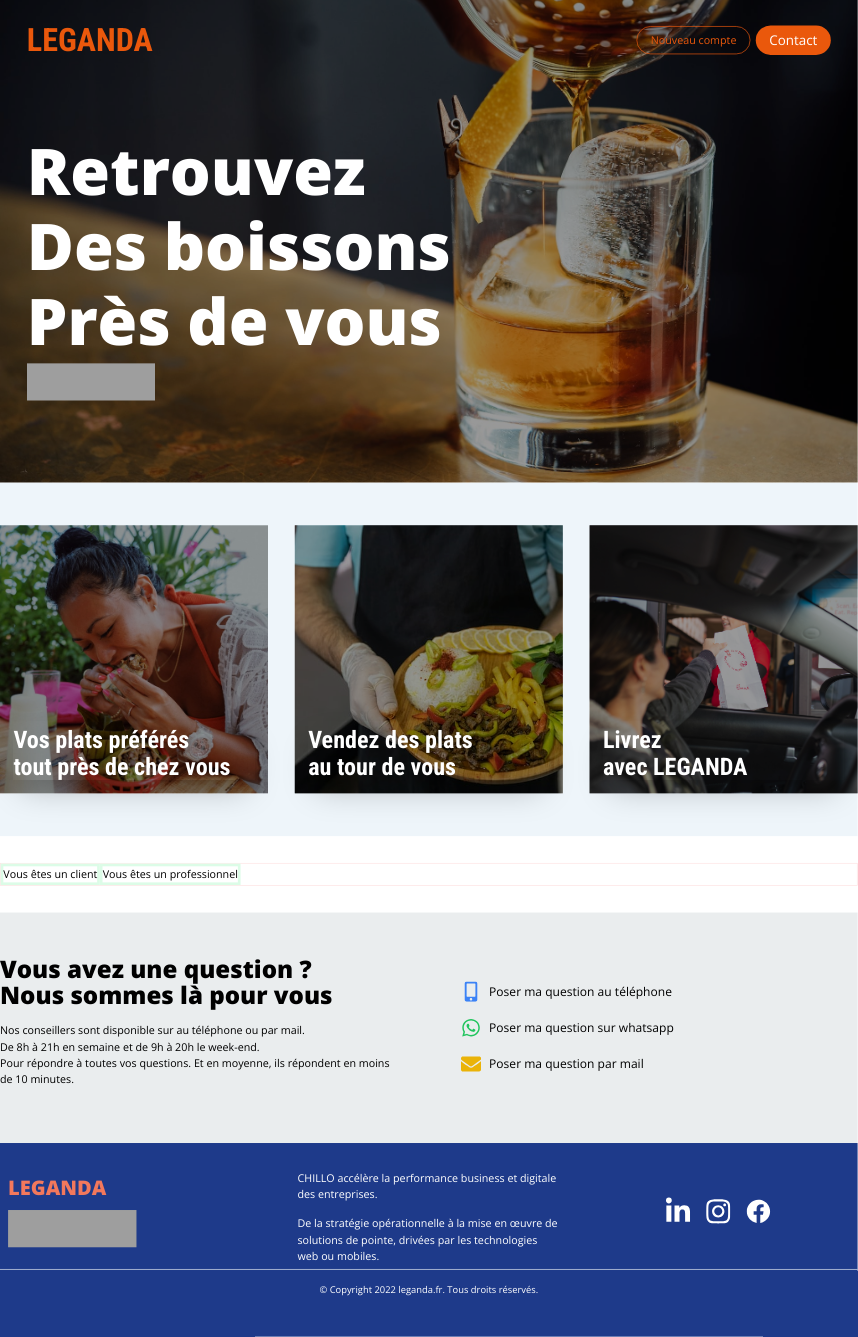
Repository: chillo-tech/website-leganda
Page: /
An editor plug-in stored every save of this project. The page is shown before and after the next save, followed by the edit.
The browser window is 1280 px wide. The pictures show the whole page, at 67% of full size.
Pictures or frames that could not be fetched are drawn as grey boxes. The project was rebuilt for these pictures with package versions that can differ from the ones it lists, and the page was loaded fresh each time. Some packages were replaced by stand-ins written for this rebuild. The framework's server and built-in components were replaced by stand-ins that run in the browser. Also part of the build but not shown: next.config.js, components/header/items/SearchBar.tsx.

Above is the page before, as saved 2023-02-09 11:21:02.

### pages/_document.tsx
import { Html, Head, Main, NextScript } from 'next/document'
import Footer from '../components/footer/Footer';

export default function Document() {
	return (
		<Html className="scroll-smooth">
			<Head>
        <link rel="preconnect" href="https://fonts.googleapis.com"/>
        <link rel="preconnect" href="https://fonts.gstatic.com"/>
        <link href="https://fonts.googleapis.com/css2?family=Open+Sans:ital,wght@0,300;0,800;1,800&family=Roboto&family=Roboto+Condensed:wght@700&display=swap" rel="stylesheet"/>
        <link rel="icon" href="/favicon.ico" />
			</Head>
			<body className='flex flex-col h-screen justify-between'>
				<Main />
				<NextScript />
				<Footer />
        <script defer type="text/javascript" src="https://maps.googleapis.com/maps/api/js?key=AIzaSyBoBBvzxlRlkbfYzZcHp8ALOwBk3YjfB-I&libraries=places" />
			</body>
		</Html>
	)
}

### styles/globals.css
@tailwind base;
@tailwind components;
@tailwind utilities;
body {
  font-family: 'Open Sans', 'Roboto', sans-serif;
}
.title {
  font-family: 'Roboto Condensed', sans-serif;
}
@layer base {
  [type="text"],
  [type="email"],
  [type="url"],
  [type="password"],
  [type="number"],
  [type="date"],
  [type="datetime-local"],
  [type="month"],
  [type="search"],
  [type="tel"],
  [type="time"],
  [type="week"],
  [multiple],
  textarea,
  select {
    @apply w-full border-gray-300 rounded-lg shadow-sm focus:border-blue-500 focus:ring-blue-500;
  }
  [type="checkbox"],
  [type="radio"] {
    @apply border-gray-300 rounded text-blue-600 focus:ring-blue-500;
  }
}

.bg-site-blue {
    background-color: #86aec0;
    color: #000000;
}

.bg-site-orange {
    background-color: #f6ac9f;
}

.color-site-blue {
   color: #86aec0;
}

.color-site-orange {
    color: #f2785c;
}

.home-page-article {
  min-height: 400px;
}

### context/search-context-provider.tsx
import { SearchParams } from '../types';
import { Context,createContext, useMemo, useReducer, useCallback } from 'react'
import SearchReducer from './SearchReducer';
import { Param } from '../types/Param';
import { INITIAL_STATE, UPDATE_SEARCH_CRITERIA } from '../utils';
import { SearchContextData } from '../types/SerchContextData';
type Props = {
  children: JSX.Element,
};
export const SearchContext = createContext<SearchContextData>({state: INITIAL_STATE});
function SearchContextProvider({children}: Props) {
  const [state, dispatch] = useReducer(SearchReducer, INITIAL_STATE);

  const update = useCallback(
    (data: Param) =>
      dispatch({
        type: UPDATE_SEARCH_CRITERIA,
        data
      }),
    [],
  );
  const value = useMemo(
    () => ({state, update }),
    [state,update],
  );
  return (
    <SearchContext.Provider value={value}>
      {children}
    </SearchContext.Provider>
  )
}

export default SearchContextProvider;

### components/footer/Footer.tsx

import React from 'react';
import { FaFacebook, FaInstagram, FaLinkedinIn } from 'react-icons/fa';
import Link from 'next/link'
import { cn, STORES } from '../../utils';
import Image from 'next/image';
function Footer() {
	return (
			<footer className="bg bg-blue-900 text-white pb-10 pt-10 font-extralight flex flex-col" id="a-propos-de-nous">
				<div className="container mx-auto px-3">
					<div className="grid grid-cols-1 gap-10 md:grid-cols-3 md:p-0 items-center">
						<div className="presentation">
              <Link href='/' className='mb-5 color-site-orange uppercase font-extrabold text-3xl'>LEGANDA
              </Link>
              <p className="flex py-4 items-center justify-center md:justify-start">
                {STORES.filter((item: any) => item.active).map((item: any, index: number) => (
                    <Link
                        href="#"
                        target="_blank"
                        key={`liens-${index}`}
                        className="block items-center py-2 w-48 h-14 relative">
                      <Image
                          fill={true}
                          src={`/images/${item.image}`}
                          alt={item?.label}
                      />
                    </Link>
                ))}
              </p>
						</div>
						<div className="presentation">
							<p className='mb-5'>CHILLO accélère la performance business et digitale des entreprises. </p>
							<p>De la stratégie opérationnelle
								à la mise en œuvre de solutions de pointe, drivées par les technologies web ou mobiles.</p>
						</div>
						<div className="presentation flex flex-col items-center justify-center">
							<div className='px-10 flex items-center justify-between text-center'>
								<FaLinkedinIn color='text-slate-300' className='px-3 text-6xl'/>
								<FaInstagram className='px-3 text-6xl'/>
								<FaFacebook className='px-3 text-6xl'/>
							</div>
							<div className='py-2'>

							</div>
						</div>
					</div>
				</div>
				<div className="copyright border-top-1 mt-2 font-light">
					<div className="container py-5 text-sm mx-auto text-center border-solid border-t border-slate-200">
						&copy; Copyright {(new Date()).getFullYear()} leganda.fr. Tous droits réservés.
					</div>
				</div>
			</footer>

	);
}

export default Footer;

### components/questions/Questions.tsx
import Link from 'next/link'
import React from 'react'
import { FaEnvelope, FaMobileAlt, FaWhatsapp } from 'react-icons/fa'

function Questions() {
  return (
    <section className='py-16 bg-app-light-green'>
        <div className="container grid md:grid-cols-2 md:gap-24 items-center px-3 md:px-0">
          <article>
            <h2 className='md:text-4xl text-3xl font-semibold text-black'>
              <p className='p-0 m-0'>Vous avez une question ?</p>
              <p className='p-0 m-0'>Nous sommes là pour vous</p>
            </h2>
            <div className='py-5'>
              <p className='p-0 m-0'>Nos conseillers sont disponible sur au téléphone ou par mail.</p>
              <p className='p-0 m-0'>De 8h à 21h en semaine et de 9h à 20h le week-end.</p>
              <p className='p-0 m-0'>Pour répondre à toutes vos questions. Et en moyenne, ils répondent en moins de 10 minutes.</p>
            </div>
          </article>
          <article>
              <Link href="tel:0033761705745" className='py-3 text-lg flex'>
                  <FaMobileAlt className='text-3xl text-blue-500 mr-3' /> Poser ma question au téléphone
              </Link>
              <Link href="whatsapp:0033761705745" className='py-3 text-lg flex'>
                  <FaWhatsapp className='text-3xl text-green-500 mr-3' /> Poser ma question sur whatsapp
              </Link>
              <Link href="mailto:armelle.leganda@gmail.com" className='py-3 text-lg flex'>
                  <FaEnvelope className='text-3xl text-yellow-500 mr-3' /> Poser ma question par mail
              </Link>
          </article>
        </div>
    </section>
  )
}

export default Questions

### components/header/Header.tsx
import { faPhone, faUser } from '@fortawesome/free-solid-svg-icons'
import { FontAwesomeIcon } from '@fortawesome/react-fontawesome'
import Link from 'next/link'
import React from 'react'
import SearchBar from './items/SearchBar'

function Header({withSearchBar = true}: {withSearchBar?: boolean}) {
  return (
    <header className="container py-4">
       <nav className='flex justify-between items-center'>
        <Link href="/" className='text-orange-600 uppercase title text-5xl'>LEGANDA
        </Link>
        {withSearchBar ? <SearchBar /> : null }
        <ul className='md:flex justify-between items-center hidden'>
          <li>
            <Link href="/" className='border border-orange-600 rounded-3xl px-5 py-2 text-orange-600 flex justify-between items-center'>
                <FontAwesomeIcon icon={faUser} className="hidden border-none text-xs mr-2" size='xs' />
                Nouveau compte
            </Link>
          </li>
          <li  className='ml-2'>
          <Link href="/" className='bg-orange-600 rounded-3xl text-xl px-5 font-medium py-2 flex text-white'>
              <FontAwesomeIcon icon={faPhone} className="hidden border-none mr-2"/>
              Contact
          </Link>
          </li>
        </ul>
      </nav>
    </header>
  )
}

export default Header

### utils/index.ts
export * from './clear-string';
export * from './DateFormat';
export * from './isValidPhoneNumber';
export * from './isValidEmail';
export * from './Endpoints';
export * from './Data';
export * from './request-options';

### components/tabs/index.tsx
import React from 'react'

function Tabs({items}: any) {
  return (
    <section className='container px-3 md:px-0 py-10'>
      <ul className='flex  border border-red-100 justtify-center items-center'>
        {items.map((item: any, index: number) => (
          <li key={`tab-${index}`} className="border-4 border-green-100">
            <button type='button'>{item.label}</button>
          </li>
        ))}
      </ul>
    </section>
  )
}

export default Tabs

### utils/how-it-works.ts
const HOW_IT_WORKS: any = [
  {
    "label": "Vous êtes un client"
  },
  {
    "label": "Vous êtes un professionnel"
  }
]

export {HOW_IT_WORKS}

### context/SearchReducer.ts
import { UPDATE_SEARCH_CRITERIA } from './../utils/Data';
import { Action } from './../types/Action';
import { SearchParams } from "../types";

function SearchReducer (state: SearchParams, action: Action){
  switch(action.type){
    case UPDATE_SEARCH_CRITERIA: {
        return {
          ...state,
          [action.data.key]: action.data.value
        }
    }
  }
  return state;
}

export default SearchReducer;

### utils/clear-string.ts
export const cleanString = (entry: string) => {
	return entry ? entry.replace(/^[\s\uFEFF\xA0]+|[\s\uFEFF\xA0]+$/g, '') : '';
}

### utils/DateFormat.ts
export const getFormattedDate = (entry: Date) => {
	const year = entry.getFullYear();
	const month = `0${entry.getMonth() + 1}`.slice(-2);
	const day = `0${entry.getDate()}`.slice(-2);
	return `${day}/${month}/${year}`;
};

export const getFormattedTime = (entry: Date) => {
	const hours = `0${entry.getHours()}`.slice(-2);
	const minutes = `0${entry.getMinutes()}`.slice(-2);
	return `${hours}:${minutes}`;
};

const getWeekNumber = (entry: Date) => {
	// Copy date so don't modify original
	const date = new Date(Date.UTC(entry.getFullYear(), entry.getMonth(), entry.getDate()));
	// Set to nearest Thursday: current date + 4 - current day number
	// Make Sunday's day number 7
	date.setUTCDate(date.getUTCDate() + 4 - (date.getUTCDay() || 7));
	// Get first day of year
	const yearStart = new Date(Date.UTC(date.getUTCFullYear(), 0, 1));
	// Calculate full weeks to nearest Thursday
	return Math.ceil((((Number(date) - Number(yearStart)) / 86400000) + 1) / 7);
	// Return array of year and week number

}

export const getDayAndMonthLabel = (entry: Date) => {
	const days = ['Dimanche', 'Lundi', 'Mardi', 'Mercredi', 'Jeudi', 'Vendredi', 'Samedi'];
	const months = ["Jan.", "Fev.", "Mars", "Avr.", "MaI", "Juin",
		"Jul.", "Août", "Sep.", "Oct.", "Nov.", "Dec."
	];
	return [days[entry.getDay()], months[entry.getMonth()]];
}

export const getDisplayedDate = (entry: string = "") => {
	if (!entry.trim().length) {
		return entry;
	}
	const adWeekNo = getWeekNumber(new Date(entry));
	const todayWeekNo = getWeekNumber(new Date());
	if ((adWeekNo - todayWeekNo) > 1) {
		const [dayOfDate, month, year] = getFormattedDate(new Date(entry)).split('/');
		const [dayOfWeekLabel, monthLabel] = getDayAndMonthLabel(new Date(entry));
		return `${dayOfWeekLabel}, ${dayOfDate} ${monthLabel}`;
	} else {
		const [dayOfWeekLabel] = getDayAndMonthLabel(new Date(entry));
		return dayOfWeekLabel;
	}
};

### utils/isValidPhoneNumber.ts
export const isValidPhoneNumber = (value: string) => {
	const PHONE_REGEXP = /^0[6|7]\d{8}$/
	return PHONE_REGEXP.test(value);
}

### utils/isValidEmail.ts
export const isValidEmail = (value: string) => {
	const EMAIL_REGEXP = /^\S+@\S+\.\S+$/;
	return value.trim().length ? EMAIL_REGEXP.test(value) : true;
}

### utils/Endpoints.ts
export const LOCAL_DNS = 'http://192.168.111.244:9090';//verifier ipconfig avant d'exécuter
export const PROD_DNS = "https://api.leganda.chillo.fr";
export const IMAGES_URL = `${PROD_DNS}/assets`;
export const BACKOFFICE_URL = `${PROD_DNS}/api/v1`;
export const ADS_ENDPOINT = "ad";
export const FAVORITE_ENDPOINT = "favorite";
export const ACCOUNT_ENDPOINT = "account";
export const ADDRESS_ENDPOINT = "address";
export const CATEGORY_ENDPOINT = "category";
export const GOOGLE_PACES_API_BASE_URL = 'https://maps.googleapis.com/maps/api/place';
export const GOOGLE_PACES_API_KEY = 'AIzaSyBoBBvzxlRlkbfYzZcHp8ALOwBk3YjfB-I';
export const MAP_ZOOM = 10;
export const GOOGLE_PACES_CENTER_COORDINATES = {lat: 48.117266,lng: -1.677793};

### utils/Data.ts
import {EMAIL, PHONE} from "./providers";
export const CATEGORY_BGCOLORS = [ "#BCA1F2", "#BCDDE4", "#CFEACB", "#F4E169"];
export const PLUS_FAVORITES_UPDATED = "Super cette annonce a été ajoutée à vos favoris";
export const REMOVE_FAVORITES_UPDATED = "Cette annonce a été retirée de vos favoris";
export const AUTHENTICATED_USER = "authenticatedUser";
export const MAPBOX_ACCESSTOKEN = "pk.eyJ1IjoiYWNoaWxsZW1ib3VndWVuZyIsImEiOiJja3Zvd3EzcmswaThkMnZrZ25iYmtveDBhIn0.pDR7pKL18d3iz5NoaRmWYg";
export const RESET_AD = "RESET_AD";
export const DELETE_KEY = "DELETE_KEY";
export const SET_NUMBER_OF_CHILDREN = "SET_NUMBER_OF_CHILDREN";
export const SET_ADS = "SET_ADS";
export const SET_CATS = "SET_CATS";
export const SET_CAT = "SET_CAT";
export const SET_AD = "SET_AD";
export const SET_SELECTED_ITEM_ID = "SET_SELECTED_ITEM_ID";
export const SET_STEP_INDEX = "SET_STEP_INDEX";
export const UPDATE_AD = "UPDATE_AD";
export const UPDATE_SEARCH_CRITERIA = "UPDATE_SEARCH_CRITERIA";
export const UPDATE_USER_INFOS = "UPDATE_USER_INFOS";
export const USER_TOKEN = "USER_TOKEN";
export const SIGN_IN = 'SIGN_IN';
export const SIGN_OUT = 'SIGN_OUT';
export const SIGN_UP = 'SIGN_UP';
export const RECOMMEND_TEXT = "Bonjour, j'ai découvert cette application qui a de belles annonces. Je te la recommande";
export const RESTORE_TOKEN = "RESTORE_TOKEN";
export const AD_PLACEHOLDER = ["Taro du dimanche", "20kg à destination de Yaoundé", "Carton de Guinness", "Stage de developpeur"];
export const STORES = [
	{
		image: 'google-app-store-badge.svg',
		active: true,
		path: '#',
		label: 'LEGANDA sur PLAY STORE'
	},
	{
		image: 'apple-app-store-badge.svg',
		active: false,
		path: '#',
		label: 'LEGANDA sur APPLE STORE'
	}
]
export const HEADERS_ITEMS = [
	{
		image: '/images/food.jpeg',
		active: true,
		label: 'Des mets'
	},
	{
		image: '/images/drinks.jpeg',
		active: false,
		label: 'Des boissons'
	},
	{
		image: '/images/spices.jpeg',
		active: false,
		label: 'Des épices'
	},
	{
		image: '/images/service.jpeg',
		active: false,
		label: 'Des services'
	}
]
export const INITIAL_STATE = {
		address: {city: ''}
}

export const HELP_LINK = {
	whatsapp: `whatsapp://send?text=&phone=${PHONE}`,
	sms: `sms:${PHONE}`,
	mail: `mailto:${EMAIL}`,
	phone: `tel:${PHONE}`
}

export const SHARE_LINK = {
	whatsapp: `whatsapp://send?text=`,
	sms: `sms:body=`,
	mail: `mailto:${EMAIL}`,
	phone: `tel:${PHONE}`
}

export const MORESCREEN_DATA = [
	{
		id: 'recommendations',
		title: "Recommandations",
		items: [
			{
				id: '587',
				icon: 'thumbs-up',
				name: 'sms',
				action: 'recommend',
				title: 'Recommandez notre application',
			},
			{
				id: '588',
				icon: 'facebook',
				name: 'facebook',
				action: 'recommend',
				title: 'Aimez notre page facebook',
			},
			{
				id: '589',
				icon: 'thumbs-up',
				name: 'like',
				action: 'recommend',
				title: 'Notez nous sur le store',
			}
		]
	},
	{
		id: 'assistance',
		title: "assistance",
		items: [
			{
				id: '386',
				icon: 'whatsapp',
				name: 'whatsapp',
				action: 'help',
				title: 'Posez votre question via whatsapp',
			},
			{
				id: '387',
				icon: 'sms',
				name: 'sms',
				action: 'help',
				title: 'Posez votre question  par sms',
			},
			{
				id: '389',
				name: 'mail',
				action: 'help',
				icon: 'envelope',
				title: 'Envoyez nous un mail',
			},
			{
				id: '388',
				icon: 'phone-alt',
				name: 'phone',
				action: 'help',
				title: 'Appelez nous',
			}
		]
	}
]

export const loaderProp =({ src }: {src: string}) => {
  console.log('====================================');
  console.log(src);
  console.log('====================================');
  return src;
}
export const cn = (...classes: string[]) =>{
  return classes.filter(Boolean).join(' ')
}

### utils/request-options.ts
export const getHeaders = () => ({
	'X-Requested-With': 'XMLHttpRequest',
	'Content-Type': 'application/x-www-form-urlencode',
	Accept: "application/json"
});

### utils/providers.ts


export const PHONE = "+33761705745";
export const EMAIL = "achille.mbougueng@yahoo.fr";

export const OPENCAGE_GEOCODE_API = "https://api.opencagedata.com/geocode/v1/json";
export const OPENCAGE_API_KEY = "2dd86530d37b4cf3a321d24e6c624a40";

export const MAPBOX_API_KEY = "pk.eyJ1IjoiYWNoaWxsZW1ib3VndWVuZyIsImEiOiJja3Zvd3EzcmswaThkMnZrZ25iYmtveDBhIn0.pDR7pKL18d3iz5NoaRmWYg";
export const MAPBOX_PLACES = "https://api.mapbox.com/geocoding/v5/mapbox.places";

Loaded but not shown: pages/_app.tsx (common file); tailwind.config.js (37 lines, source omitted); pages/index.tsx (146 lines, source omitted)

After the next save:
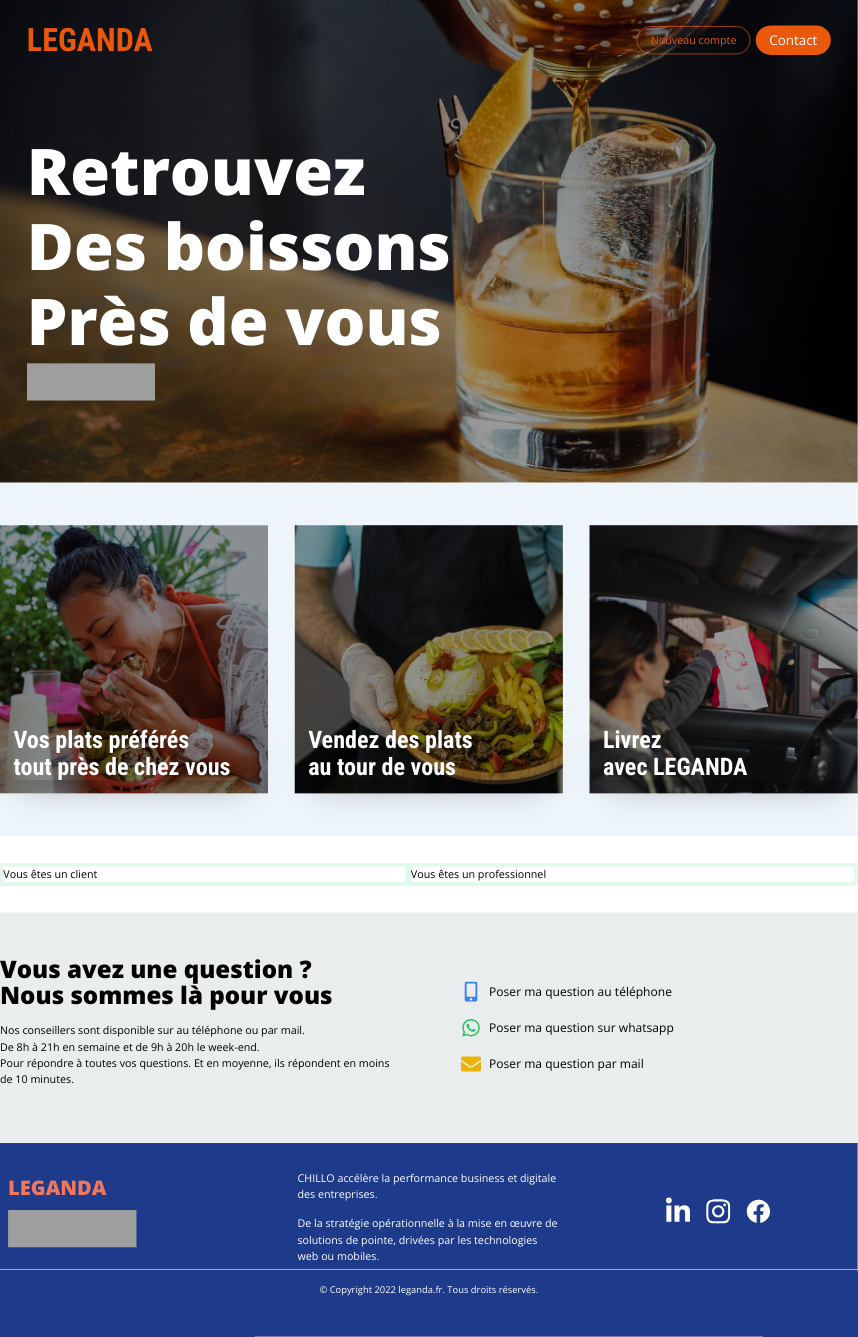
Saved 49 s later.
--- a/components/tabs/index.tsx
+++ b/components/tabs/index.tsx
@@ -5,7 +5,7 @@
     <section className='container px-3 md:px-0 py-10'>
       <ul className='flex  border border-red-100 justtify-center items-center'>
         {items.map((item: any, index: number) => (
-          <li key={`tab-${index}`} className="border-4 border-green-100">
+          <li key={`tab-${index}`} className="border-4 border-green-100 grow">
             <button type='button'>{item.label}</button>
           </li>
         ))}
